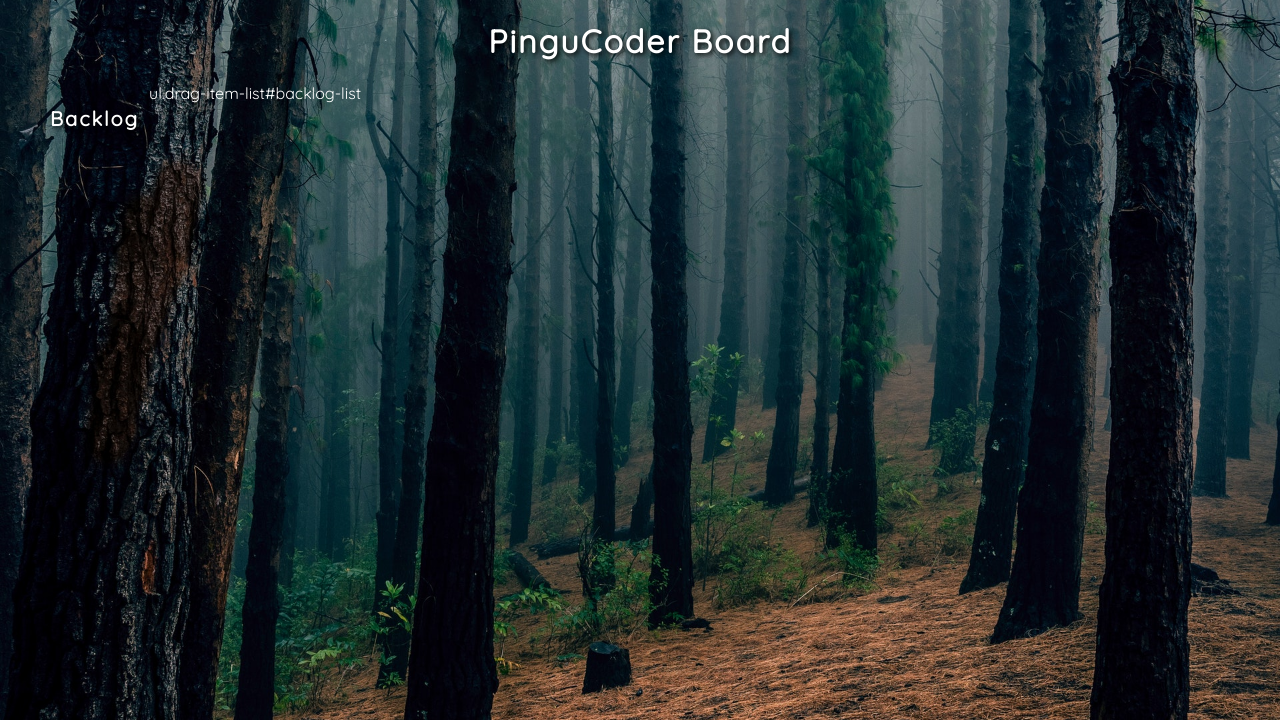
Repository: chanwarichawki/6Drag-And-Drop
Page: index.html
The author's editor kept a copy of each file at every save. The page is drawn from the files as they stood at one save, then again after the next save.
The browser window is 1280 px wide. The pictures show the whole page.

Above is the page before, as saved 2023-12-25 18:34:17.

### index.html
<!DOCTYPE html>
<html lang="en">
<head>
    <meta charset="UTF-8">
    <meta name="viewport" content="width=device-width, initial-scale=1.0">
    <title>Drag and Drop</title>
    <link rel="icon" type="image/png" href="favicon.png">
    <link rel="stylesheet" href="style.css">
</head>
<body>
    <h1 class="main-title">PinguCoder Board</h1>
    <div class="drag-container">
      <ul class="drag-list">
        <!-- backLog column -->
        <li class="drag-column backlog-column"></li>
        <span class="header">
          <h1>Backlog</h1>
        </span>
        <!-- backLog content -->
        <div class="backlog-content">
          ul.drag-item-list#backlog-list

        </div>

      </ul>
    </div>

    <!-- Script -->
    <script src="script.js"></script>
</body>
</html>

### style.css
/* Trees Image - Pexels: https://www.pexels.com/photo/photo-of-trees-in-forest-3801030/ */
@import url("https://fonts.googleapis.com/css?family=Quicksand&display=swap");

html {
  box-sizing: border-box;
}

:root {
  --column-1: #a2622d;
  --column-2: #1b6161;
  --column-3: #248224;
  --column-4: #a22d22;
}

body {
  margin: 0;
  background: url("./trees.jpg");
  background-size: cover;
  background-position: 50% 60%;
  background-attachment: fixed;
  color: white;
  font-family: Quicksand, sans-serif;
  overflow-y: hidden;
}

h1 {
  letter-spacing: 2px;
  text-shadow: 2px 2px 5px black;
}

.main-title {
  text-align: center;
  font-size: 3rem;
}

ul {
  list-style-type: none;
  margin: 0;
  padding: 0;
}

.drag-container {
  margin: 20px;
}

.drag-list {
  display: flex;
  align-items: flex-start;
}

/* Columns */
.drag-column {

  margin: 0 10px;
  position: relative;
  background-color: rgba(0, 0, 0, 0.4);
  border-radius: 10px;
  overflow-x: hidden;
}

.backlog-column .header,
.backlog-column .solid,
.backlog-column .solid:hover,
.backlog-column .over {
  background-color: var(--column-1);
}

.progress-column .header,
.progress-column .solid,
.progress-column .solid:hover,
.progress-column .over {
  background-color: var(--column-2);
}

.complete-column .header,
.complete-column .solid,
.complete-column .solid:hover,
.complete-column .over {
  background-color: var(--column-3);
}

.on-hold-column .header,
.on-hold-column .solid,
.on-hold-column .solid:hover,
.on-hold-column .over {
  background-color: var(--column-4);
}

/* Custom Scrollbar */
.custom-scroll {
  overflow-y: auto;
  max-height: 75vh;
}

.custom-scroll::-webkit-scrollbar-track {
  box-shadow: inset 0 0 6px rgba(0, 0, 0, 0.4);
  border-radius: 10px;
  background-color: rgba(255, 255, 255, 0.3);
  margin-right: 5px;
}

.custom-scroll::-webkit-scrollbar {
  width: 10px;
}

.custom-scroll::-webkit-scrollbar-thumb {
  border-radius: 10px;
  box-shadow: inset 0 0 6px rgba(0, 0, 0, 0.3);
  background-color: rgba(0, 0, 0, 0.8);
}

.header {
  display: flex;
  justify-content: center;
  border-radius: 10px;
  margin: 10px;
}

.header h1 {
  font-size: 1.25rem;
}

/* Drag and Drop */
.over {
  padding: 50px 10px;
}

.drag-item-list {
  min-height: 50px;
}

.drag-item {
  margin: 10px;
  padding: 10px;
  height: fit-content;
  background-color: rgba(0, 0, 0, 0.8);
  border-radius: 10px;
  line-height: 1.5rem;
  letter-spacing: 1px;
  cursor: pointer;
}

.drag-item:focus {
  outline: none;
  background-color: white;
  color: black;
}

/* Add Button Group */
.add-btn-group {
  display: flex;
  justify-content: space-between;
}

.add-btn {
  margin: 10px;
  padding: 5px 10px;
  display: flex;
  align-items: center;
  cursor: pointer;
  width: fit-content;
  border-radius: 5px;
  transition: all 0.3s ease-in;
  user-select: none;
}

.add-btn:hover {
  background-color: rgba(255, 255, 255, 0.9);
  color: black;
}

.add-btn:active {
  transform: scale(0.97);
}

.solid {
  display: none;
}

.solid:hover {
  transition: unset;
  filter: brightness(95%);
  color: white;
}

.plus-sign {
  font-size: 1.5rem;
  margin-right: 5px;
  position: relative;
  top: -3px;
}

.add-container {
  margin: 10px;
  padding: 5px 10px;
  border-radius: 10px;
  background-color: rgba(255, 255, 255, 0.9);
  min-height: 100px;
  display: none;
}

.add-item {
  width: 100%;
  min-height: 100px;
  height: auto;
  background-color: white;
  border-radius: 10px;
  margin: 5px auto;
  resize: none;
  color: black;
  padding: 10px;
}

.add-item:focus {
  outline: none;
}

/* Media Query: Laptop */
@media screen and (max-width: 1800px) {
  .main-title {
    font-size: 2rem;
  }
}

/* Media Query: Large Smartphone (Vertical) */
@media screen and (max-width: 600px) {
  body {
    overflow-y: auto;
  }

  .drag-container {
    margin: 0;
  }

  .drag-list {
    display: block;
  }

  .drag-column {
    margin: 10px;
  }
}

### script.js
const addBtns = document.querySelectorAll('.add-btn:not(.solid)');
const saveItemBtns = document.querySelectorAll('.solid');
const addItemContainers = document.querySelectorAll('.add-container');
const addItems = document.querySelectorAll('.add-item');
// Item Lists
const itemLists = document.querySelectorAll('.drag-item-list');
const backlogList = document.getElementById('backlog-list');
const progressList = document.getElementById('progress-list');
const completeList = document.getElementById('complete-list');
const onHoldList = document.getElementById('on-hold-list');

// Items


// Initialize Arrays
let backlogListArray = [];
let progressListArray = [];
let completeListArray = [];
let onHoldListArray = [];

// Drag Functionality


// Get Arrays from localStorage if available, set default values if not
function getSavedColumns() {
  if (localStorage.getItem('backlogItems')) {
    backlogListArray = JSON.parse(localStorage.backlogItems);
    progressListArray = JSON.parse(localStorage.progressItems);
    completeListArray = JSON.parse(localStorage.completeItems);
    onHoldListArray = JSON.parse(localStorage.onHoldItems);
  } else {
    backlogListArray = ['Release the course', 'Sit back and relax'];
    progressListArray = ['Work on projects', 'Listen to music'];
    completeListArray = ['Being cool', 'Getting stuff done'];
    onHoldListArray = ['Being uncool'];
  }
}

// Set localStorage Arrays
function updateSavedColumns() {
  localStorage.setItem('backlogItems', JSON.stringify(backlogListArray));
  localStorage.setItem('progressItems', JSON.stringify(progressListArray));
  localStorage.setItem('completeItems', JSON.stringify(completeListArray));
  localStorage.setItem('onHoldItems', JSON.stringify(onHoldListArray));
}

// Create DOM Elements for each list item
function createItemEl(columnEl, column, item, index) {
  console.log('columnEl:', columnEl);
  console.log('column:', column);
  console.log('item:', item);
  console.log('index:', index);
  // List Item
  const listEl = document.createElement('li');
  listEl.classList.add('drag-item');

}

// Update Columns in DOM - Reset HTML, Filter Array, Update localStorage
function updateDOM() {
  // Check localStorage once

  // Backlog Column

  // Progress Column

  // Complete Column

  // On Hold Column

  // Run getSavedColumns only once, Update Local Storage


}

After the next save:
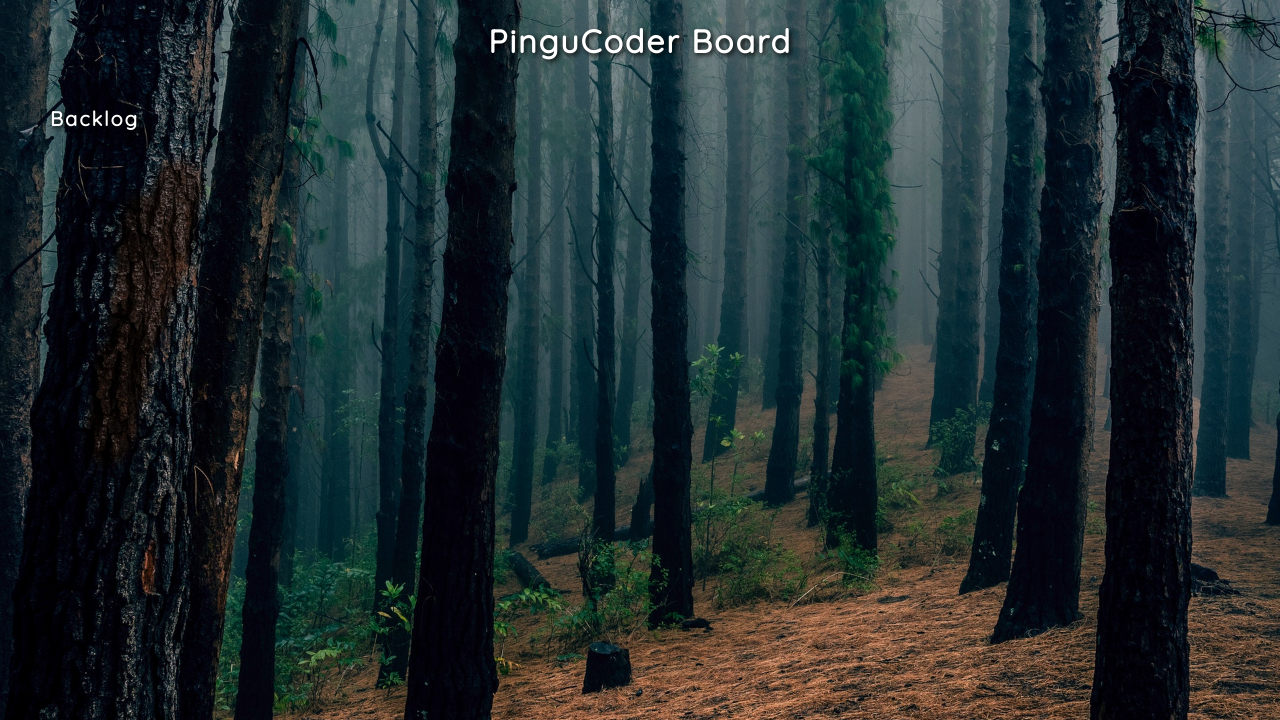
Saved 4 s later.
--- a/index.html
+++ b/index.html
@@ -18,7 +18,7 @@
         </span>
         <!-- backLog content -->
         <div class="backlog-content">
-          ul.drag-item-list#backlog-list
+          <ul class="drag-item-list" id="backlog-list"></ul>
 
         </div>
 
